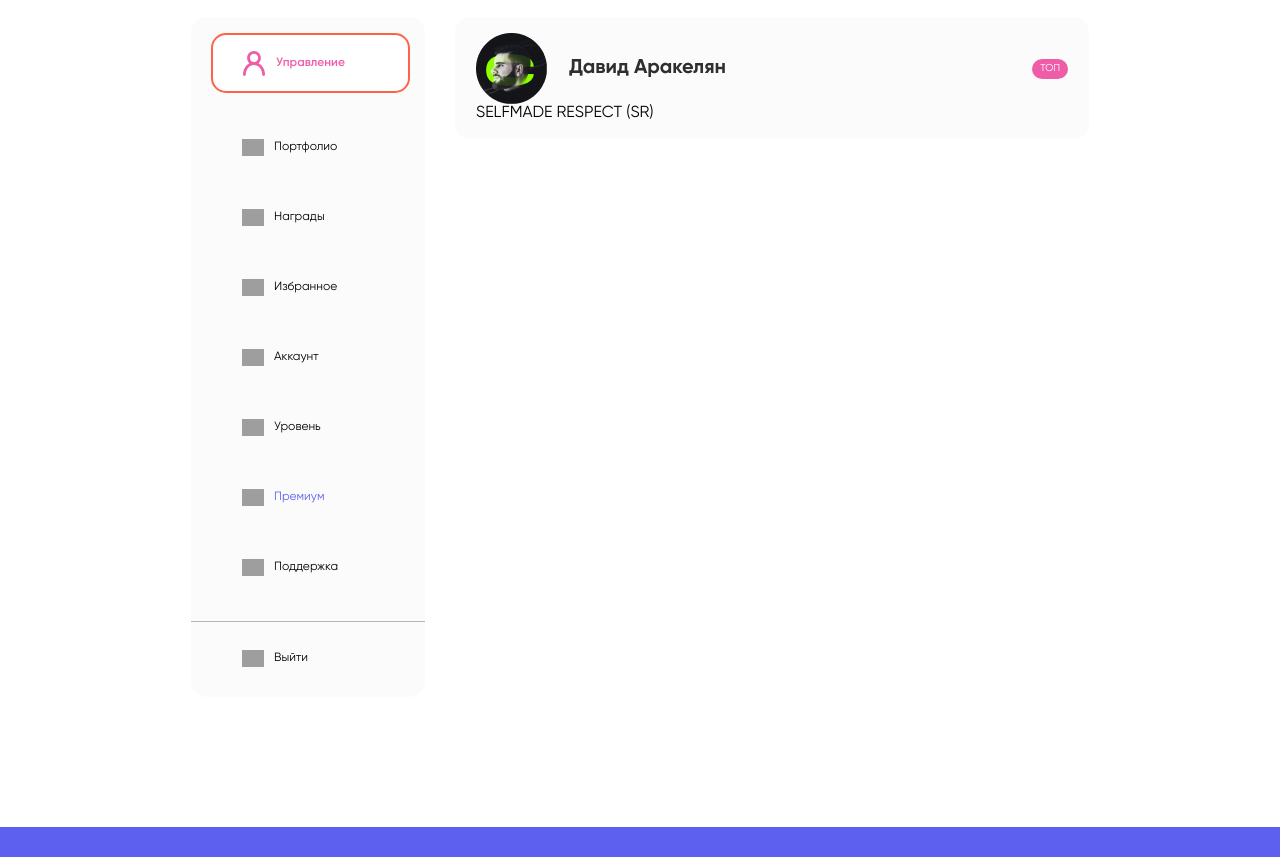
Repository: alexboagreek/selfmade
Page: index.html
An editor plug-in stored every save of this project. The page is shown before and after the next save, followed by the edit.
The browser window is 1280 px wide. The pictures show the part of the page from y = 353 to 1210 px (the page is 1719 px tall).
Pictures or frames that could not be fetched are drawn as grey boxes. A picture or video elsewhere on the page could not be fetched, so the positions and the page height are approximate.

Above is the page before, as saved 2022-12-13 12:42:21.

### index.html
<!DOCTYPE html>
<html lang="ru">
<head>
    <meta charset="UTF-8">
    <meta http-equiv="X-UA-Compatible" content="IE=edge">
    <meta name="viewport" content="width=device-width, initial-scale=1.0">
    <link rel="stylesheet" href="css/style.css">
    <link rel="icon" type="image/png" sizes="64x64" href="assets/icons/favicon.png">
    <link rel="icon" type="image/png" sizes="48x48" href="assets/icons/favicon_48.png">
    <title>Selfmade</title>
</head>
<body>
    <header class="header">
        <div class="header__container">
            <h1 class="visually-hidden">Selfmade...</h1>
            <div class="header__box">
                <div class="header__logo">
                    <a href="/"><img src="./assets/icons/header_logo.svg" alt="Логотип Selfmade"></a>
                </div>
                <div class="header__login">
                    <div class="header__alarm">
                        <img class="header__alarm_icon" src="assets/icons/bell.svg" alt="authorization bell">
                    </div>
                    <p class="user__name">Аракелян Д.</p>
                    <div class="user__login">
                        <img src="assets/icons/user_icon.svg" alt="user icon">
                    </div>
                </div>

            </div>

        </div>
    </header>

    <main class="main main__container">
        <div class="sidebar">
            <ul class="menu__list">
                <li class="menu__list_item menu__list_item_fix">
                    <button class="menu__list_button menu__button_control control__text">Управление</button>
                </li>
                <li class="menu__list_item list_item_fix">
                    <button class="menu__list_button menu__button_portfolio">Портфолио</button>
                </li>
                <li class="menu__list_item list_item_fix">
                    <button class="menu__list_button menu__button_star">Награды</button>
                </li>
                <li class="menu__list_item list_item_fix">
                    <button class="menu__list_button menu__button_like">Избранное</button>
                </li>
                <li class="menu__list_item list_item_fix">
                    <button class="menu__list_button menu__button_settings">Аккаунт</button>
                </li>
                <li class="menu__list_item list_item_fix">
                    <button class="menu__list_button menu__button_level">Уровень</button>
                </li>
                <li class="menu__list_item list_item_fix">
                    <button class="menu__list_button menu__button_premium menu__button_active">Премиум</button>
                </li>
                <li class="menu__list_item item__border list_item_fix">
                    <button class="menu__list_button menu__button_helper">Поддержка</button>
                </li>
                <li class="menu__list_item list_item_fix menu__line">
                    <button class="menu__list_button menu__button_exit">Выйти</button>
                </li>
            </ul>
        </div>
        <div class="content">
            <section class="interface">
                <div class="interface__box">
                    <div class="interface__box_header interface__line">
                        <div class="user__info">
                            <img src="assets/img/interface.png" alt="Логотип интерфейса юзера | user interface logo" class="interface__img">
                            <p class="interface__text">Давид Аракелян</p>
                        </div>
                        <div class="interface__rating">Топ</div>
                    </div>
                    <div class="selfmade__respect">
                        <div class="selfmade__respect_title">SELFMADE RESPECT (SR)</div>
                    </div>
                </div>
            </section>
        </div>
    </main>

  <footer class="footer">
    <div class="footer__container">
        <div class="footer__box">
            <img src="./assets/icons/footer_logo.svg" alt="Логотип Selfmade">
            <div class="footer__social">
                <ul class="footer__social_list">
                    <li class="footer__social_list_item">
                        <svg width="15" height="14" viewbox="0 0 15 14" fill="none" xmlns="http://www.w3.org/2000/svg">
                            <path d="M0.911243 6.87875L4.18677 8.10128L5.45459 12.1786C5.53572 12.4397 5.85504 12.5363 6.067 12.363L7.89283 10.8745C8.08421 10.7186 8.35682 10.7108 8.55683 10.856L11.85 13.2469C12.0767 13.4117 12.3979 13.2875 12.4548 13.0135L14.8672 1.40935C14.9293 1.11007 14.6352 0.860402 14.3502 0.970619L0.907405 6.15646C0.575664 6.2844 0.578554 6.75408 0.911243 6.87875ZM5.25027 7.4505L11.6519 3.50775C11.7669 3.43709 11.8853 3.59266 11.7865 3.6843L6.50332 8.59526C6.31761 8.76813 6.19783 8.99946 6.1639 9.25055L5.98393 10.5842C5.9601 10.7623 5.70995 10.78 5.66081 10.6077L4.96866 8.17563C4.88939 7.89823 5.00491 7.60194 5.25027 7.4505Z" fill="#5D5FEF"/>
                        </svg>
                    </li>
                    <li class="footer__social_list_item">
                        <svg width="15" height="15" viewbox="0 0 15 15" fill="none" xmlns="http://www.w3.org/2000/svg">
                            <path fill-rule="evenodd" clip-rule="evenodd" d="M4.90509 0.6828C2.54568 0.6828 0.632996 2.59548 0.632996 4.9549V10.295C0.632996 12.6544 2.54568 14.5671 4.90509 14.5671H10.2452C12.6046 14.5671 14.5173 12.6544 14.5173 10.295V4.9549C14.5173 2.59548 12.6046 0.6828 10.2452 0.6828H4.90509ZM7.57515 3.88687C5.51067 3.88687 3.83707 5.56047 3.83707 7.62496C3.83707 9.68944 5.51067 11.363 7.57515 11.363C9.63964 11.363 11.3132 9.68944 11.3132 7.62496C11.3132 5.56047 9.63964 3.88687 7.57515 3.88687ZM11.5421 4.64975C12.0898 4.64975 12.5338 4.20573 12.5338 3.65801C12.5338 3.11029 12.0898 2.66627 11.5421 2.66627C10.9944 2.66627 10.5504 3.11029 10.5504 3.65801C10.5504 4.20573 10.9944 4.64975 11.5421 4.64975Z" fill="#5D5FEF"/>
                        </svg>
                    </li>
                    <li class="footer__social_list_item">
                        <svg width="16" height="9" viewbox="0 0 16 9" fill="none" xmlns="http://www.w3.org/2000/svg">
                            <path d="M12.9479 4.91454C12.7006 4.61918 12.7714 4.48778 12.9479 4.22376C12.9511 4.22075 14.9925 1.55289 15.2028 0.648132L15.2041 0.647529C15.3086 0.317814 15.2041 0.0755005 14.6987 0.0755005H13.0263C12.6006 0.0755005 12.4043 0.283456 12.2991 0.516125C12.2991 0.516125 11.4477 2.44378 10.2431 3.69332C9.85434 4.05438 9.67462 4.17012 9.46239 4.17012C9.35787 4.17012 9.19535 4.05438 9.19535 3.72467V0.647529C9.19535 0.252112 9.07617 0.0755005 8.72373 0.0755005H6.09412C5.82709 0.0755005 5.66839 0.259948 5.66839 0.431737C5.66839 0.80666 6.27066 0.892856 6.33312 1.9477V4.23642C6.33312 4.73792 6.23689 4.83015 6.02338 4.83015C5.45489 4.83015 4.07508 2.89465 3.25739 0.679476C3.09232 0.249701 2.93108 0.0761032 2.50216 0.0761032H0.829178C0.351821 0.0761032 0.255585 0.284059 0.255585 0.516728C0.255585 0.927817 0.824079 2.97181 2.89921 5.67222C4.28221 7.51549 6.22988 8.51428 8.00164 8.51428C9.06661 8.51428 9.19663 8.29246 9.19663 7.91091C9.19663 6.14961 9.10039 5.98325 9.63383 5.98325C9.88111 5.98325 10.3068 6.09898 11.3011 6.98806C12.4374 8.04231 12.6242 8.51428 13.2602 8.51428H14.9326C15.4093 8.51428 15.6508 8.29246 15.5119 7.85485C15.1939 6.93442 13.0448 5.04112 12.9479 4.91454V4.91454Z" fill="#5D5FEF"/>
                        </svg>
                    </li>
                    <li class="footer__social_list_item">
                        <svg width="7" height="14" viewbox="0 0 7 14" fill="none" xmlns="http://www.w3.org/2000/svg">
                            <path d="M5.1126 2.93661H6.8285V0.446777H4.81141V0.455757C2.36736 0.540786 1.86645 1.89031 1.8223 3.30771H1.81727V4.55101H0.153015V6.9893H1.81727V13.5253H4.3254V6.9893H6.37996L6.77685 4.55101H4.32622V3.79984C4.32622 3.32082 4.65072 2.93661 5.1126 2.93661Z" fill="#5D5FEF"/>
                        </svg>
                    </li>
                </ul>
            </div>
        </div>
        <div class="footer__services">
            <ul class="services__list">
                <li class="services__list_item">Как работает сервис?</li>
                <li class="services__list_item">Советы от SELFMADE</li>
                <li class="services__list_item">Пользовательское соглашение</li>
                <li class="services__list_item">Почему SELFMADE</li>
                <li class="services__list_item">Помощь и поддержка</li>
            </ul>
        </div>
    </div>
    <div class="footer__copyright">
        <ul class="footer__copyright_list">
            <li class="footer__copyright_list_item footer__copy_text">© SELFMADE.TEAM 2022</li>
            <li class="footer__copyright_list_item footer__copy_text-info">ИНН 431207720494 / ОГРНИП 320508100324371</li>
            <li class="footer__copyright_list_item">
                <a class="footer__copyright_link" href="#">Политика конфиденциальности</a>
            </li>
        </ul>
    </div>

  </footer>
</body>
</html>

### css/style.css
@import 'normalize.css';
@import 'fonts.css';
@import 'default.css';
@import 'header.css';
@import 'sidebar.css';
@import 'interface.css';
@import 'footer.css';

### css/fonts.css
@font-face {
    font-family: Gilroy;
    src: url(../assets/fonts/Gilroy-Regular.woff2) format('woff2'),
    url(../assets/fonts/Gilroy-Regular.woff) format('woff');
    font-weight: 400;
}

@font-face {
    font-family: Gilroy;
    src: url(../assets/fonts/Gilroy-Semibold.woff2) format('woff2'),
    url(../assets/fonts/Gilroy-Semibold.woff) format('woff');
    font-weight: 500;
}

@font-face {
    font-family: Gilroy;
    src: url(../assets/fonts/Gilroy-Bold.woff2) format('woff2'),
    url(../assets/fonts/Gilroy-Bold.woff) format('woff');
    font-weight: 600;
}

### css/default.css
:root {
    --color-control-text:#EF5DA8;
    --color-menu: #F0F0F0;
    --color-menu-active: #5D5FEF;
    --color-alarm: #EF5DA8;
    --color-main: #FBFBFB;
    --footer-color-main: #5D5FEF;
    --footer-color-copyright: #5556D3;
    --footer-social-color: #FFFFFF;
    --footer-copyright-link: #B6B6B6;
}

html {
  overflow-x: hidden;
  position: relative;
  box-sizing: border-box;
}

*,
*::before,
*::after {
  box-sizing: inherit;
}

body {
  display: flex;
  flex-direction: column;
  min-width: 320px;
  height: 100%;
  font-family: Gilroy, sans-serif;
  background-color: #FFFFFF;
  font-size: 16px;
  overflow-x: hidden;
  position: relative;
}

img,
svg {
  max-width: 100%;
  max-height: 100%;
  height: auto;
}

button {
  padding: 0;
  cursor: pointer;
  border: none;
  background-color: transparent;
}

a {
  text-decoration: none;
  color: inherit;
}

ul {
  list-style: none;
  padding: 0;
  margin: 0;
}

h1,
h2,
h3,
p,
figure,
fieldset {
  margin: 0;
}

iframe {
  border: none;
}

fieldset {
  padding: 0;
  border: 0;
}

.visually-hidden {
  position: fixed;
  transform: scale(0);
}

.container {
    max-width: 1400px;
    padding: 0 100px;
    margin: 0 auto;
}

### css/header.css
.header {
    padding-top: 28px;
    padding-bottom: 37px;
    flex: 0 0 auto;
    background-color: #FFFFFF;
}

.header__box {
    display: flex;
    justify-content: space-between;
    align-items: center;
}

.header__container {
    max-width: 1500px;
    margin: 0 auto;
    padding: 0 100px;
}

.header__alarm {
    position: relative;
    margin-right: 11px;
}

.header__alarm::after {
    position: absolute;
    top: 0;
    content: '';
    width: 5px;
    height: 5px;
    background-color: var(--color-alarm);
    border-radius: 50%;
}
.user__name {
    margin-right: 6px;
}

.header__login {
    display: flex;
    align-items: center;
}

.user__login {
    cursor: pointer;
}

.services__list_item {
    cursor: pointer;
}

### css/sidebar.css
.main {
    display: flex;
}

.main__container {
    max-width: 1200px;
    margin: 0 auto;
}

.sidebar {
    display: flex;
    justify-content: center;
    width: 234px;
    border-radius: 15px;
    background-color: var(--color-main);
    margin-bottom: 130px;
    margin-right: 30px;
}

.menu__list_button {
    font-size: 12px;
    line-height: 16px;
    padding: 7px 8px 7px 40px;
    background-size: 22px;
    background-position: 8px center;
    background-repeat: no-repeat;
    border-radius: 50px;
    border: 1px solid transparent;
    white-space: nowrap;
    outline: none;
    margin-bottom: 38px;
}

.menu__list_item_fix {
    display: flex;
    padding-left: 20px;
    align-items: flex-start;
}

.menu__button_active {
    color: var(--color-menu-active);
}

.menu__button_control {
    width: 199px;
    margin-top: 16px;
    border-radius: 15px;
    border: 2px solid tomato;
    padding: 20px;
    background-color: #FFFFFF;
    background-image: url('../assets/icons/user__icon.svg');
    background-position: calc(30px);
}

.control__text {
    font-weight: 500;
    color: var(--color-control-text);
}

.menu__button_portfolio {
    background-image: url('../assets/icons/portfolio_icon.svg');
}
.menu__button_star {
    background-image: url('../assets/icons/star_icon.svg');
}

.menu__button_like {
    background-image: url('../assets/icons/like_icon.svg');
}
.menu__button_settings {
    background-image: url('../assets/icons/settings_icon.svg');
}
.menu__button_level {
    background-image: url('../assets/icons/level_icon.svg');
}
.menu__button_premium {
    background-image: url('../assets/icons/premium_icon.svg');
}

.menu__button_helper {
    background-image: url('../assets/icons/helper_icon.svg');
}

.menu__line {
    width: 234px;
    border-top: 1px solid var(--footer-copyright-link);
}
.menu__button_exit {
    background-image: url('../assets/icons/exit_icon.svg');
    margin-top: 20px;
    margin-bottom: 23px;
}

.list_item_fix {
    padding-left: 42px;
}

### css/interface.css
.interface__box {
    border-radius: 15px;
    padding: 16px 21px;
    width: 634px;
    background-color: var(--color-main);
}
.interface__box_header {
    display: flex;
    justify-content: space-between;
    align-items: center;
}
.user__info {
    display: flex;
    align-items: center;
}

.interface__text {
    font-weight: 700;
    font-size: 20px;
    margin-left: 22px;
    line-height: 1.06;
    color: #2F2F2F;
}

.interface__rating {
    padding: 4px 8px;
    border-radius: 47px;
    color: #FFFFFF;
    background-color: var( --color-control-text);
    font-size: 10px;
    text-transform: uppercase;
}

### css/footer.css
.footer {
    flex: 0 0 auto;
}

.footer__container {
    padding: 50px 140px 0px 140px;
    background-color: var(--footer-color-main);
}

.footer__box {
    display: flex;
    justify-content: space-between;
    background-color: var(--footer-color-main);
    margin-bottom: 50px;
}

.footer__social_list_item {
    display: flex;
    align-items: center;
    justify-content: center;
    width: 29px;
    height: 29px;
    background-color: var(--footer-social-color);
    border-radius: 50%;
    margin-right: 19px;
    cursor: pointer;
}

.footer__social_list_item:last-child {
    margin-right: 0;
}

.footer__social_list {
    display: flex;
}

.footer__services {
    padding-bottom: 41px;
}

.services__list {
    display: flex;
    justify-content: space-between;
}
.services__list_item {
    font-size: 16px;
    font-weight: 500;
    color: var(--footer-social-color);
}

.footer__copyright {
    padding: 30px 140px;
    border-top: 1px solid #FFFFFF;
    background-color: var(--footer-color-copyright);
}

.footer__copyright_list {
    display: flex;
    justify-content: space-between;
}

.footer__copy_text {
    font-weight: 500;
    line-height: 16px;
    color: var(--footer-social-color);
}

.footer__copy_text-info {
    font-weight: 400;
    color: var(--footer-social-color);
}
.footer__copyright_link {
    color: var(--footer-copyright-link);
}

Loaded but not shown: css/normalize.css (library)

After the next save:
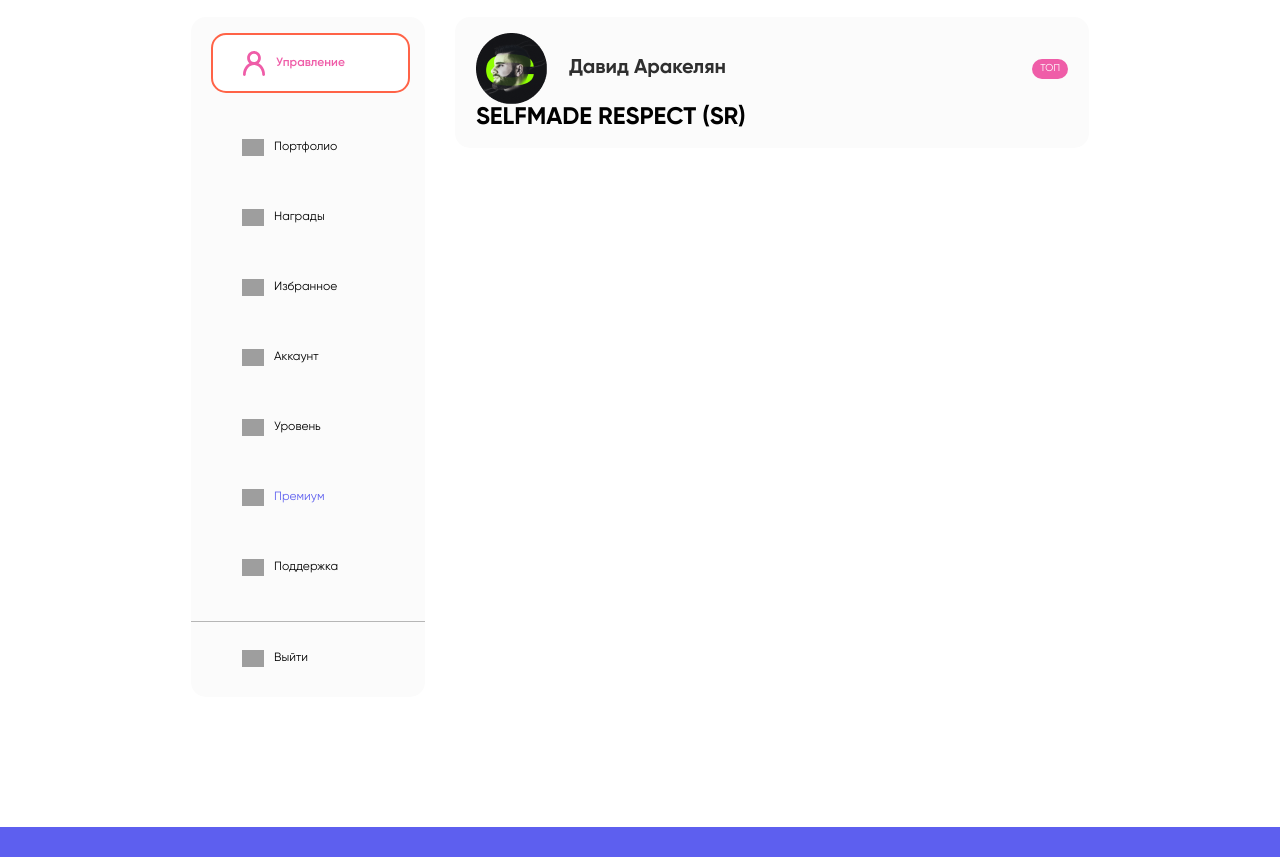
Saved 5 s later.
--- a/index.html
+++ b/index.html
@@ -75,7 +75,7 @@
                         <div class="interface__rating">Топ</div>
                     </div>
                     <div class="selfmade__respect">
-                        <div class="selfmade__respect_title">SELFMADE RESPECT (SR)</div>
+                        <h2 class="selfmade__respect_title">SELFMADE RESPECT (SR)</h2>
                     </div>
                 </div>
             </section>
